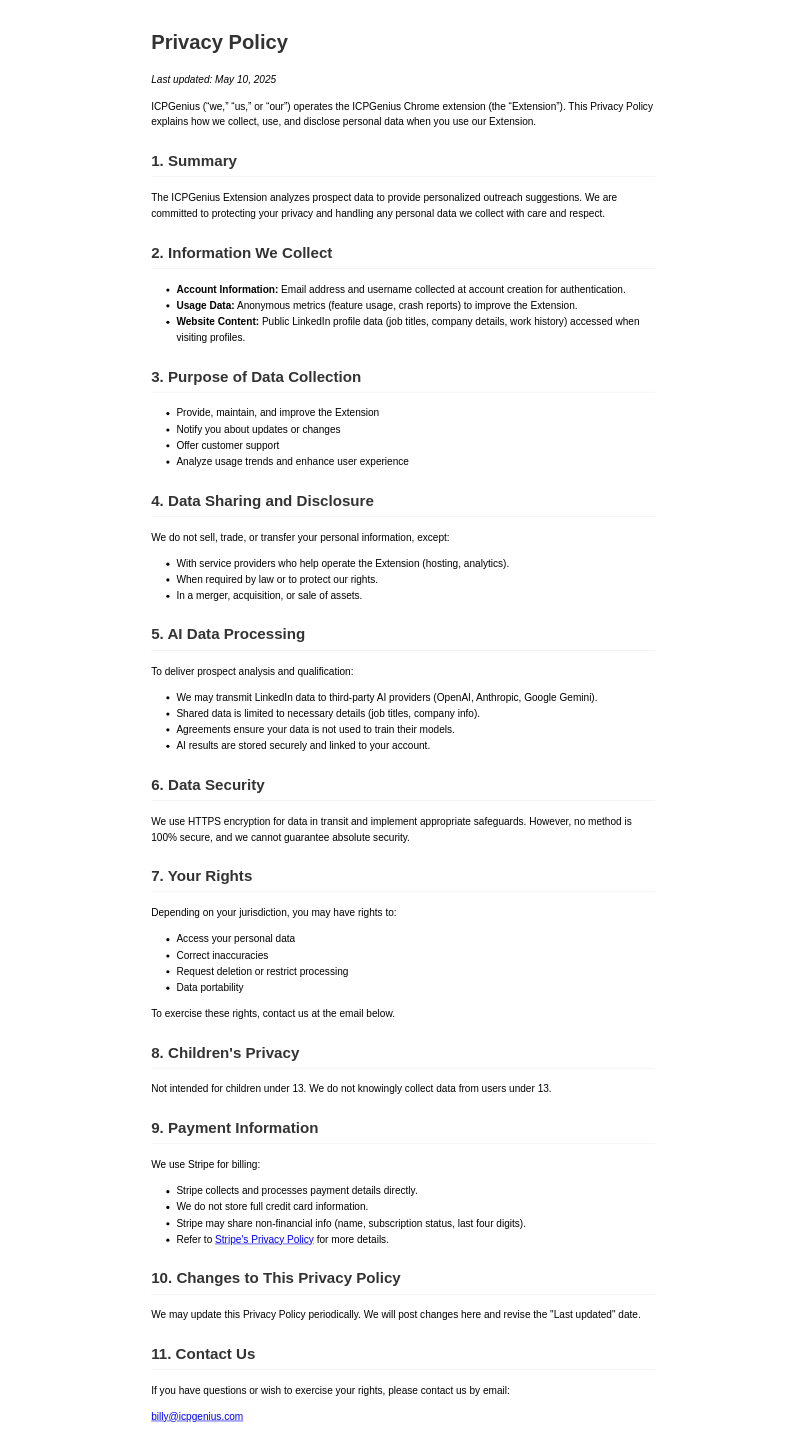
Repository: bgroble14/icp_privacy_tos
Page: privacy-policy.html
The author's editor kept a copy of each file at every save. The page is drawn from the files as they stood at one save, then again after the next save.
The browser window is 1280 px wide. The pictures show the whole page, at 63% of full size.

Above is the page before, as saved 2025-05-10 18:49:51.

After the next save:
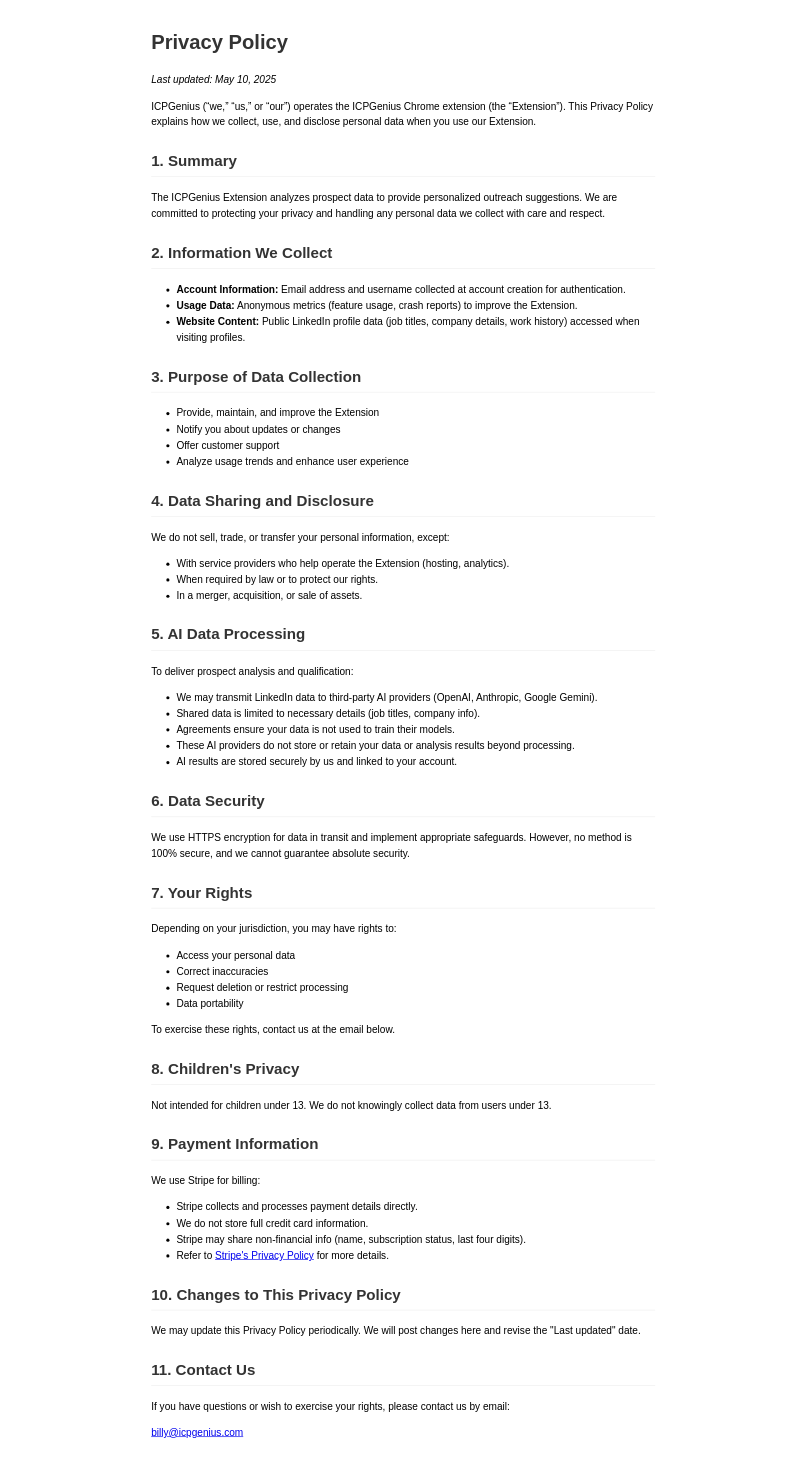
Saved 67 s later.
--- a/privacy-policy.html
+++ b/privacy-policy.html
@@ -60,7 +60,8 @@
         <li>We may transmit LinkedIn data to third-party AI providers (OpenAI, Anthropic, Google Gemini).</li>
         <li>Shared data is limited to necessary details (job titles, company info).</li>
         <li>Agreements ensure your data is not used to train their models.</li>
-        <li>AI results are stored securely and linked to your account.</li>
+        <li>These AI providers do not store or retain your data or analysis results beyond processing.</li>
+        <li>AI results are stored securely by us and linked to your account.</li>
     </ul>
 
     <h2>6. Data Security</h2>
